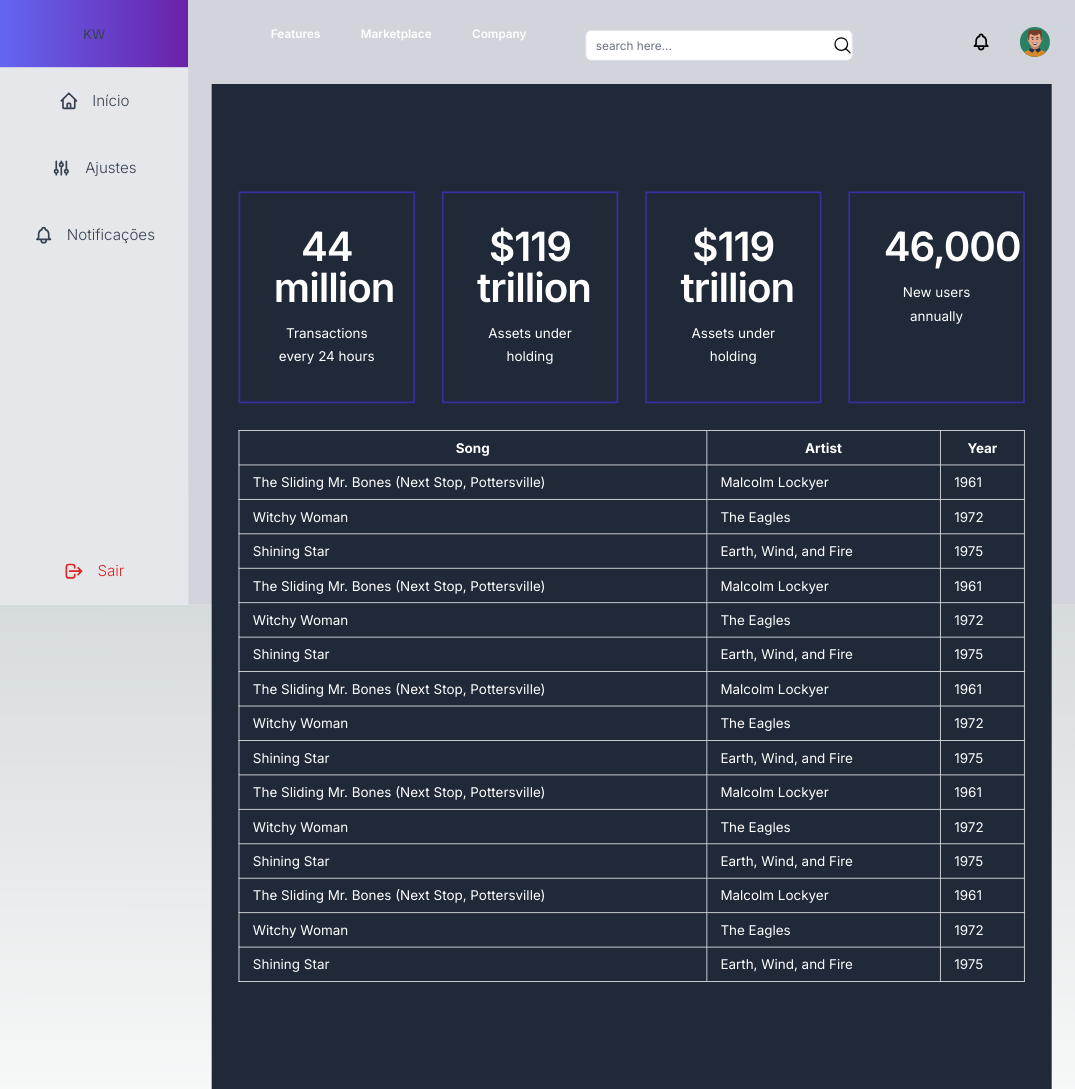
Repository: KennedyWanderson/AdminDashboard
Page: / (app in Code/admindashboard/)
These files come from the project's save history. The page is drawn as it stood at one moment and after the next save; the edit follows.
The browser window is 1280 px wide. The pictures show the whole page, at 84% of full size.
The project was rebuilt for these pictures with package versions that can differ from the ones it lists, and the page was loaded fresh each time. The framework's server and built-in components were replaced by stand-ins that run in the browser. Also part of the build but not shown: Code/admindashboard/next.config.mjs.

Above is the page before, as saved 2024-06-23 16:16:50.

### Code/admindashboard/src/app/layout.js
import { Inter } from "next/font/google";
import "./globals.css";

const inter = Inter({ subsets: ["latin"] });

export const metadata = {
  title: "Admin Dashboard",
  description: "Generated by Kennedy Wanderson",
};

export default function RootLayout({ children }) {
  return (
    <html lang="en">
      <body className={inter.className}>{children}</body>
    </html>
  );
}

### Code/admindashboard/src/app/page.js
import Layout from "@/components/Layout";

export default function Home() {
  return (
    <Layout>
      Content
    </Layout>
  )
}

### Code/admindashboard/src/components/Layout.jsx
"use client";

import { useState } from "react";
import Content from "./Content";
import Header from "./Header";
import LateralMenu from "./LateralMenu";
import HomePage from "./Home";


export default function Layout() {
    const [activeComponent, setActiveComponent] = useState("HomePage");

    const renderActiveComponent = () => {
        switch (activeComponent) {
            case "HomePage":
                return <HomePage />;
            default:
                return <HomePage />;
        }
    };

    return (
        <div className={`flex h-screen w-screen`}>
            <LateralMenu setActiveComponent={setActiveComponent} />
            <div className={`
                flex flex-col w-full p-7
                bg-gray-300 dark:bg-gray-800
            `}>
                <Header />
                <Content>
                    {renderActiveComponent()}
                </Content>
            </div>
        </div>
    );
}

### Code/admindashboard/src/components/Content.jsx
export default function Content({ children }) {
    return (
        <div className={`
            flex flex-col mt-7
            dark:text-gray-200
        `}>
            {children}
        </div>
    );
}

### Code/admindashboard/src/components/Header.jsx
import AvatarUsuario from "./UserAvatar";
import { IconeSearch, IconeSino } from "./icons";

export default function Header({ titulo, subtitulo }) {


    return (
        <div className={`flex`}>
            <div>
                <h1 className={`
                font-black text-3xl
                text-gray-900 dark:text-gray-100
            `}>
                    {titulo}
                </h1>
                <h2 className={`
                font-light text-sm
                dark:text-gray-300
            `}>
                    {subtitulo}
                </h2>
            </div>
            <header className="flex flex-grow justify-center text-white">
                <nav className=" justify-center" aria-label="Global">

                    <div className="hidden lg:flex lg:gap-x-12">

                        <a href="#" className="text-sm font-semibold leading-6 text-white">Features</a>
                        <a href="#" className="text-sm font-semibold leading-6 text-white">Marketplace</a>
                        <a href="#" className="text-sm font-semibold leading-6 text-white">Company</a>
                    </div>


                </nav>

            </header>
            <div>
                <div className="relative mt-2 rounded-md shadow-sm">
                    <div className="pointer-events-none absolute inset-y-0 left-0 flex items-center pl-3">
                        <span className="text-gray-500 sm:text-sm">search here...</span>
                    </div>
                    <input type="text" name="search" id="search" className="block w-full rounded-md border-0 py-1.5 pl-7 pr-20 text-gray-900 ring-1 ring-inset ring-gray-300 placeholder:text-gray-400 focus:ring-2 focus:ring-inset focus:ring-indigo-600 sm:text-sm sm:leading-6" />
                    <div className="absolute inset-y-0 right-0 flex items-center">
                        {IconeSearch}
                    </div>
                </div>
            </div>

            <div className={`flex flex-grow justify-end items-center gap-8`}>

                {IconeSino}
                <AvatarUsuario />
            </div>
        </div>
    )
}

### Code/admindashboard/src/components/LateralMenu.jsx
"use client";

import MenuItem from "./ItemMenu";
import { IconeAjustes, IconeCasa, IconeSair, IconeSino } from "./icons";

export default function LateralMenu({ setActiveComponent }) {
    return (
        <aside className={`
            flex flex-col items-center
            bg-gray-200 text-gray-700
            dark:bg-gray-900
        `}>
            <div className={`
                flex flex-col items-center justify-center
                bg-gradient-to-r from-indigo-500 to-purple-800
                h-20 w-56
            `}>
                KW
            </div>
            <ul className="flex-grow">
                <MenuItem
                    texto="Início"
                    icone={IconeCasa}
                    onClick={() => setActiveComponent('HomePage')}
                />
                <MenuItem
                    texto="Ajustes"
                    icone={IconeAjustes}
                    onClick={() => setActiveComponent('Ajustes')}
                />
                <MenuItem
                    texto="Notificações"
                    icone={IconeSino}
                    onClick={() => setActiveComponent('Notificacoes')}
                />
            </ul>
            <ul>
                <MenuItem
                    texto="Sair"
                    icone={IconeSair}
                    className={`
                        text-red-600 dark:text-red-400
                        hover:bg-red-400 hover:text-white
                        dark:hover:text-white
                    `}
                />
            </ul>
        </aside>
    );
}

### Code/admindashboard/src/components/Home.jsx
export default function HomePage() {
    return (
        <div className="py-24 sm:py-32 bg-gray-800">
            <div className="mx-auto max-w-7xl px-6 lg:px-8">
                <dl className="grid grid-cols-1 gap-x-8 gap-y-20 text-center lg:grid-cols-4">
                    <div className="mx-auto flex max-w-xs flex-col w-full border-2 p-10 border-indigo-800 gap-y-4">
                        <dt className="text-base leading-7 text-white">Transactions every 24 hours</dt>
                        <dd className="order-first text-3xl font-semibold tracking-tight text-white sm:text-5xl">44 million</dd>
                    </div>
                    <div className="mx-auto flex max-w-xs flex-col w-full border-2 p-10 border-indigo-800 gap-y-4">
                        <dt className="text-base leading-7 text-white">Assets under holding</dt>
                        <dd className="order-first text-3xl font-semibold tracking-tight text-white sm:text-5xl">$119 trillion</dd>
                    </div>
                    <div className="mx-auto flex max-w-xs flex-col w-full border-2 p-10 border-indigo-800 gap-y-4">
                        <dt className="text-base leading-7 text-white">Assets under holding</dt>
                        <dd className="order-first text-3xl font-semibold tracking-tight text-white sm:text-5xl">$119 trillion</dd>
                    </div>
                    <div className="mx-auto flex max-w-xs flex-col w-full border-2 p-10 border-indigo-800 gap-y-4">
                        <dt className="text-base leading-7 text-white">New users annually</dt>
                        <dd className="order-first text-3xl font-semibold tracking-tight text-white sm:text-5xl">46,000</dd>
                    </div>
                </dl>

                <table className="table-auto w-full mt-8 text-white">
                    <thead>
                        <tr className="">
                            <th className="px-4 py-2 border">Song</th>
                            <th className="px-4 py-2 border">Artist</th>
                            <th className="px-4 py-2 border">Year</th>
                        </tr>
                    </thead>
                    <tbody>
                        <tr className="">
                            <td className="px-4 py-2 border">The Sliding Mr. Bones (Next Stop, Pottersville)</td>
                            <td className="px-4 py-2 border">Malcolm Lockyer</td>
                            <td className="px-4 py-2 border">1961</td>
                        </tr>
                        <tr className="">
                            <td className="px-4 py-2 border">Witchy Woman</td>
                            <td className="px-4 py-2 border">The Eagles</td>
                            <td className="px-4 py-2 border">1972</td>
                        </tr>
                        <tr className="">
                            <td className="px-4 py-2 border">Shining Star</td>
                            <td className="px-4 py-2 border">Earth, Wind, and Fire</td>
                            <td className="px-4 py-2 border">1975</td>
                        </tr>
                        <tr className="">
                            <td className="px-4 py-2 border">The Sliding Mr. Bones (Next Stop, Pottersville)</td>
                            <td className="px-4 py-2 border">Malcolm Lockyer</td>
                            <td className="px-4 py-2 border">1961</td>
                        </tr>
                        <tr className="">
                            <td className="px-4 py-2 border">Witchy Woman</td>
                            <td className="px-4 py-2 border">The Eagles</td>
                            <td className="px-4 py-2 border">1972</td>
                        </tr>
                        <tr className="">
                            <td className="px-4 py-2 border">Shining Star</td>
                            <td className="px-4 py-2 border">Earth, Wind, and Fire</td>
                            <td className="px-4 py-2 border">1975</td>
                        </tr>
                        <tr className="">
                            <td className="px-4 py-2 border">The Sliding Mr. Bones (Next Stop, Pottersville)</td>
                            <td className="px-4 py-2 border">Malcolm Lockyer</td>
                            <td className="px-4 py-2 border">1961</td>
                        </tr>
                        <tr className="">
                            <td className="px-4 py-2 border">Witchy Woman</td>
                            <td className="px-4 py-2 border">The Eagles</td>
                            <td className="px-4 py-2 border">1972</td>
                        </tr>
                        <tr className="">
                            <td className="px-4 py-2 border">Shining Star</td>
                            <td className="px-4 py-2 border">Earth, Wind, and Fire</td>
                            <td className="px-4 py-2 border">1975</td>
                        </tr>
                        <tr className="">
                            <td className="px-4 py-2 border">The Sliding Mr. Bones (Next Stop, Pottersville)</td>
                            <td className="px-4 py-2 border">Malcolm Lockyer</td>
                            <td className="px-4 py-2 border">1961</td>
                        </tr>
                        <tr className="">
                            <td className="px-4 py-2 border">Witchy Woman</td>
                            <td className="px-4 py-2 border">The Eagles</td>
                            <td className="px-4 py-2 border">1972</td>
                        </tr>
                        <tr className="">
                            <td className="px-4 py-2 border">Shining Star</td>
                            <td className="px-4 py-2 border">Earth, Wind, and Fire</td>
                            <td className="px-4 py-2 border">1975</td>
                        </tr>
                        <tr className="">
                            <td className="px-4 py-2 border">The Sliding Mr. Bones (Next Stop, Pottersville)</td>
                            <td className="px-4 py-2 border">Malcolm Lockyer</td>
                            <td className="px-4 py-2 border">1961</td>
                        </tr>
                        <tr className="">
                            <td className="px-4 py-2 border">Witchy Woman</td>
                            <td className="px-4 py-2 border">The Eagles</td>
                            <td className="px-4 py-2 border">1972</td>
                        </tr>
                        <tr className="">
                            <td className="px-4 py-2 border">Shining Star</td>
                            <td className="px-4 py-2 border">Earth, Wind, and Fire</td>
                            <td className="px-4 py-2 border">1975</td>
                        </tr>

                    </tbody>
                </table>
            </div>
        </div>
    )
}

### Code/admindashboard/src/components/UserAvatar.jsx


export default function AvatarUsuario({className}) {
    return (
            <img
                src={'/images/avatar.svg'}
                alt="Avatar do Usuário"
                className={`
                    h-10 w-10 rounded-full cursor-pointer
                    ${className}
                `}
            />

    )
}

### Code/admindashboard/src/components/icons/index.jsx
// Pra mais icones acessar... https://heroicons.com/

export const IconeSearch = (
    <svg xmlns="http://www.w3.org/2000/svg" fill="none" viewBox="0 0 24 24" strokeWidth={1.5} stroke="currentColor" className="size-6">
  <path strokeLinecap="round" strokeLinejoin="round" d="m21 21-5.197-5.197m0 0A7.5 7.5 0 1 0 5.196 5.196a7.5 7.5 0 0 0 10.607 10.607Z" />
</svg>


)

export const IconeCasa = (
    <svg xmlns="http://www.w3.org/2000/svg" className="h-6 w-6" fill="none" viewBox="0 0 24 24" stroke="currentColor">
        <path strokeLinecap="round" strokeLinejoin="round" strokeWidth={2} d="M3 12l2-2m0 0l7-7 7 7M5 10v10a1 1 0 001 1h3m10-11l2 2m-2-2v10a1 1 0 01-1 1h-3m-6 0a1 1 0 001-1v-4a1 1 0 011-1h2a1 1 0 011 1v4a1 1 0 001 1m-6 0h6" />
    </svg>
)

export const IconeAjustes = (
    <svg xmlns="http://www.w3.org/2000/svg" className="h-6 w-6" fill="none" viewBox="0 0 24 24" stroke="currentColor">
        <path strokeLinecap="round" strokeLinejoin="round" strokeWidth={2} d="M12 6V4m0 2a2 2 0 100 4m0-4a2 2 0 110 4m-6 8a2 2 0 100-4m0 4a2 2 0 110-4m0 4v2m0-6V4m6 6v10m6-2a2 2 0 100-4m0 4a2 2 0 110-4m0 4v2m0-6V4" />
    </svg>
)

export const IconeSino = (
    <svg xmlns="http://www.w3.org/2000/svg" className="h-6 w-6" fill="none" viewBox="0 0 24 24" stroke="currentColor">
        <path strokeLinecap="round" strokeLinejoin="round" strokeWidth={2} d="M15 17h5l-1.405-1.405A2.032 2.032 0 0118 14.158V11a6.002 6.002 0 00-4-5.659V5a2 2 0 10-4 0v.341C7.67 6.165 6 8.388 6 11v3.159c0 .538-.214 1.055-.595 1.436L4 17h5m6 0v1a3 3 0 11-6 0v-1m6 0H9" />
    </svg>
)

export const IconeSair = (
    <svg xmlns="http://www.w3.org/2000/svg" className="h-6 w-6" fill="none" viewBox="0 0 24 24" stroke="currentColor">
        <path strokeLinecap="round" strokeLinejoin="round" strokeWidth={2} d="M17 16l4-4m0 0l-4-4m4 4H7m6 4v1a3 3 0 01-3 3H6a3 3 0 01-3-3V7a3 3 0 013-3h4a3 3 0 013 3v1" />
    </svg>
)

export const IconeSol = (tamanho = 6) => (
    <svg xmlns="http://www.w3.org/2000/svg" className={`h-${tamanho} w-${tamanho}`} fill="none" viewBox="0 0 24 24" stroke="currentColor">
        <path strokeLinecap="round" strokeLinejoin="round" strokeWidth={2} d="M12 3v1m0 16v1m9-9h-1M4 12H3m15.364 6.364l-.707-.707M6.343 6.343l-.707-.707m12.728 0l-.707.707M6.343 17.657l-.707.707M16 12a4 4 0 11-8 0 4 4 0 018 0z" />
    </svg>
)

export const IconeLua = (tamanho = 6) => (
    <svg xmlns="http://www.w3.org/2000/svg" className={`h-${tamanho} w-${tamanho}`} fill="none" viewBox="0 0 24 24" stroke="currentColor">
        <path strokeLinecap="round" strokeLinejoin="round" strokeWidth={2} d="M20.354 15.354A9 9 0 018.646 3.646 9.003 9.003 0 0012 21a9.003 9.003 0 008.354-5.646z" />
    </svg>
)

export const IconeAtencao = (tamanho = 1) => (
    <svg xmlns="http://www.w3.org/2000/svg" className={`h-${tamanho} w-${tamanho}`} fill="none" viewBox="0 0 24 24" stroke="currentColor">
        <path strokeLinecap="round" strokeLinejoin="round" strokeWidth={2} d="M12 9v2m0 4h.01m-6.938 4h13.856c1.54 0 2.502-1.667 1.732-3L13.732 4c-.77-1.333-2.694-1.333-3.464 0L3.34 16c-.77 1.333.192 3 1.732 3z" />
    </svg>
)

### Code/admindashboard/src/components/ItemMenu.jsx

export default function MenuItem({ texto, icone, url, className, onClick }) {
    function renderizarLink() {
        return (
            <div className={`
                flex justify-center items-center
                h-20 w-56 gap-4
                dark:text-gray-200
                ${className}
            `}>
                {icone}
                <span className="text-lg font-light">
                    {texto}
                </span>
            </div>
        );
    }

    return (
        <li
            onClick={onClick}
            className={`
                hover:bg-gray-100 dark:hover:bg-gray-800
                cursor-pointer
            `}
        >
            {url ? (
                <a href={url}>
                    {renderizarLink()}
                </a>
            ) : (
                renderizarLink()
            )}
        </li>
    );
}

Loaded but not shown: Code/admindashboard/src/app/globals.css (common file); Code/admindashboard/tailwind.config.js (common file)

After the next save:
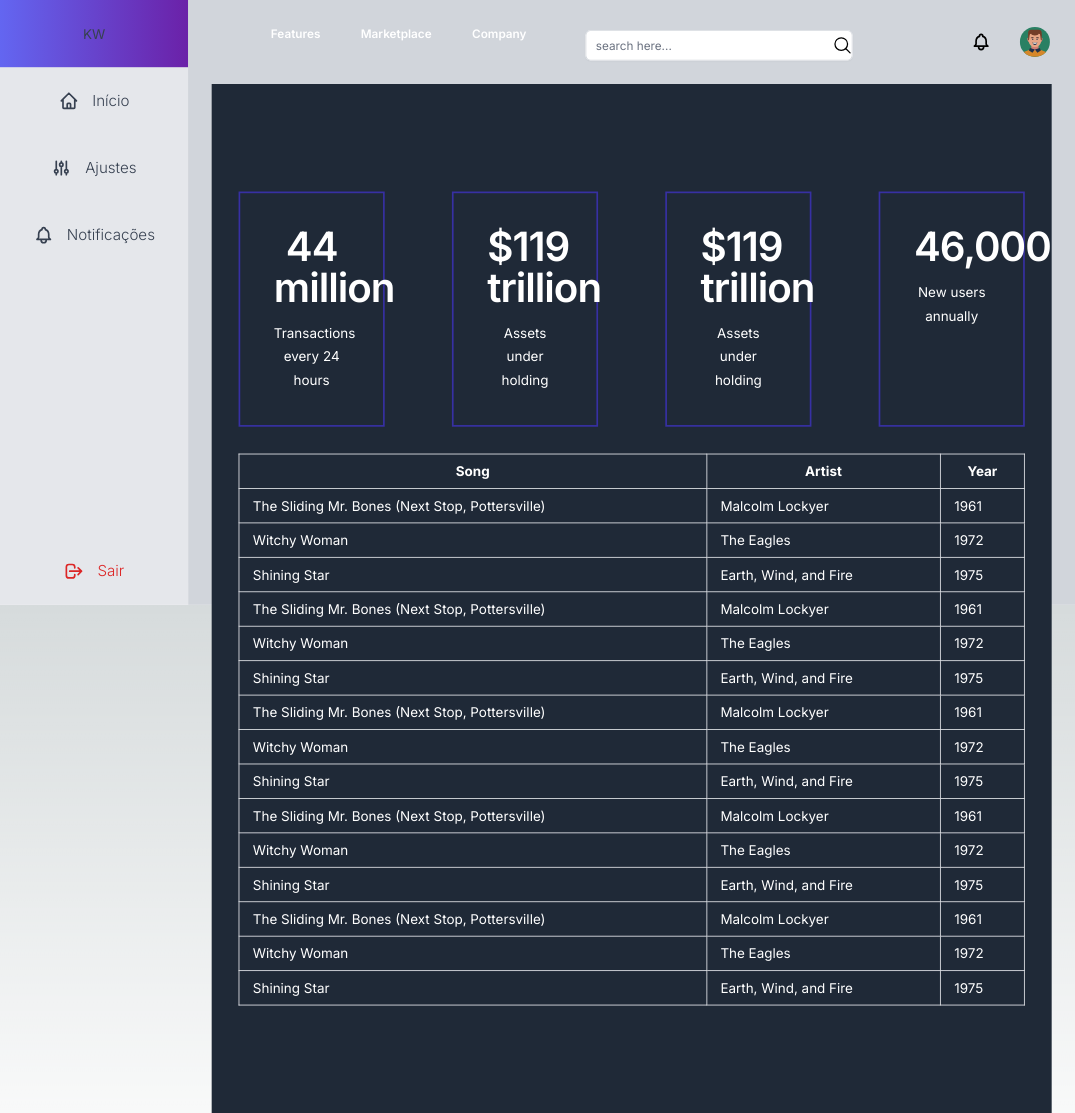
Saved 4 s later.
--- a/Code/admindashboard/src/components/Home.jsx
+++ b/Code/admindashboard/src/components/Home.jsx
@@ -2,7 +2,7 @@
     return (
         <div className="py-24 sm:py-32 bg-gray-800">
             <div className="mx-auto max-w-7xl px-6 lg:px-8">
-                <dl className="grid grid-cols-1 gap-x-8 gap-y-20 text-center lg:grid-cols-4">
+                <dl className="grid grid-cols-1 gap-x-20 gap-y-20 text-center lg:grid-cols-4">
                     <div className="mx-auto flex max-w-xs flex-col w-full border-2 p-10 border-indigo-800 gap-y-4">
                         <dt className="text-base leading-7 text-white">Transactions every 24 hours</dt>
                         <dd className="order-first text-3xl font-semibold tracking-tight text-white sm:text-5xl">44 million</dd>

After the 3 saves that followed:
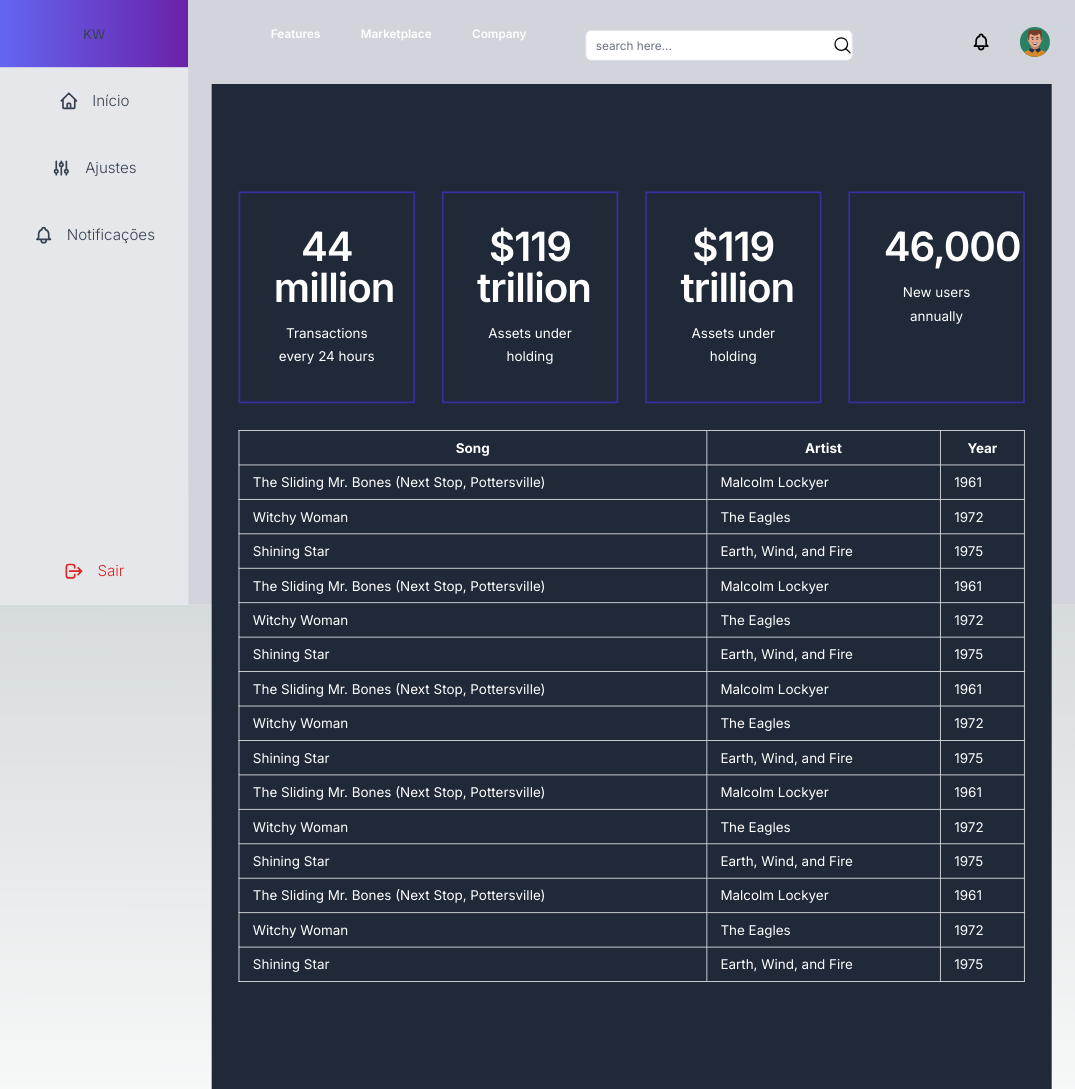
The 3 saves are shown as one change because 2 left the picture as it was.
The last was saved 37 s later.
--- a/Code/admindashboard/src/components/Home.jsx
+++ b/Code/admindashboard/src/components/Home.jsx
@@ -2,7 +2,7 @@
     return (
         <div className="py-24 sm:py-32 bg-gray-800">
             <div className="mx-auto max-w-7xl px-6 lg:px-8">
-                <dl className="grid grid-cols-1 gap-x-20 gap-y-20 text-center lg:grid-cols-4">
+                <dl className="grid grid-cols-1 gap-x-8 gap-y-16 text-center lg:grid-cols-4">
                     <div className="mx-auto flex max-w-xs flex-col w-full border-2 p-10 border-indigo-800 gap-y-4">
                         <dt className="text-base leading-7 text-white">Transactions every 24 hours</dt>
                         <dd className="order-first text-3xl font-semibold tracking-tight text-white sm:text-5xl">44 million</dd>
